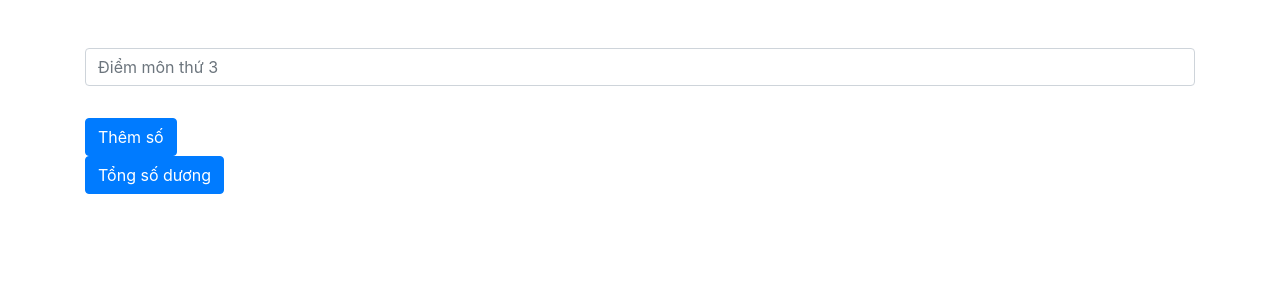
Repository: thanhfrankie/BC10-LeMinhThanh-Js-b7-8
Page: index.html
An editor plug-in stored every save of this project. The page is shown before and after a run of saves, followed by the edit.
The browser window is 1280 px wide. The pictures show the whole page.

Above is the page before, as saved 2023-12-27 21:09:19.

After the next 3 saves:
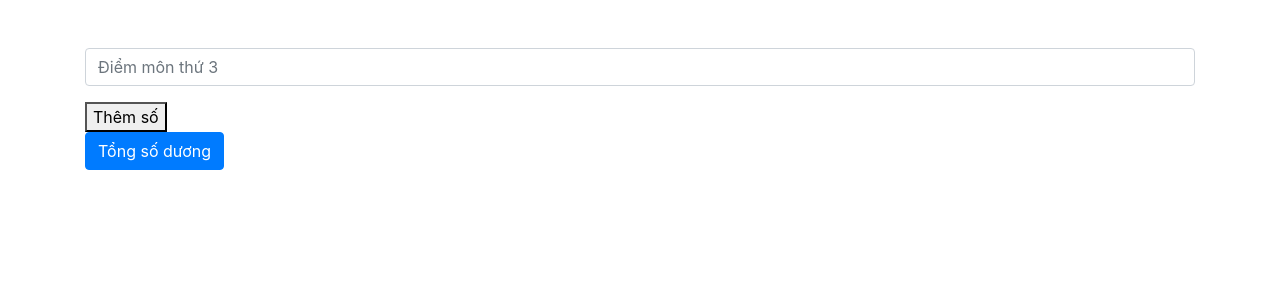
The 3 saves are shown as one change because they came seconds apart.
The last was saved 66 s later.
--- a/index.html
+++ b/index.html
@@ -25,6 +25,7 @@
             />
           </div>
         <button
+        class="displ"
         type="button"
         onclick="tuyenSinh()"
         class="btn btn-primary mt-3"

After the save that followed:
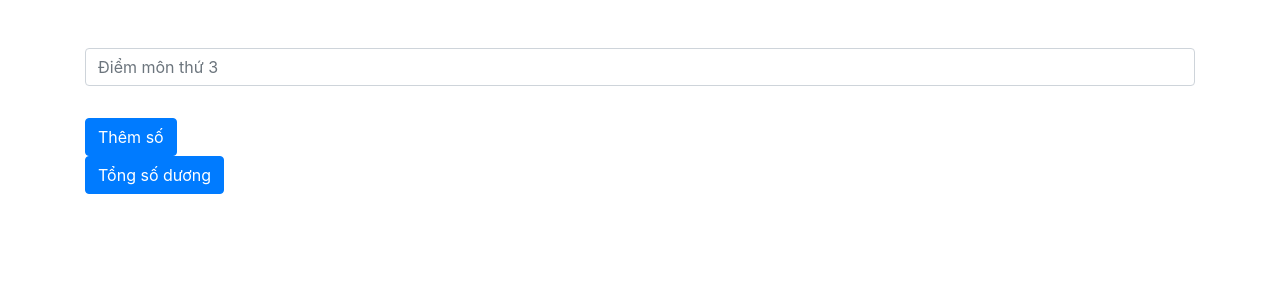
Saved 6 s later.
--- a/index.html
+++ b/index.html
@@ -25,7 +25,7 @@
             />
           </div>
         <button
-        class="displ"
+        sy
         type="button"
         onclick="tuyenSinh()"
         class="btn btn-primary mt-3"
